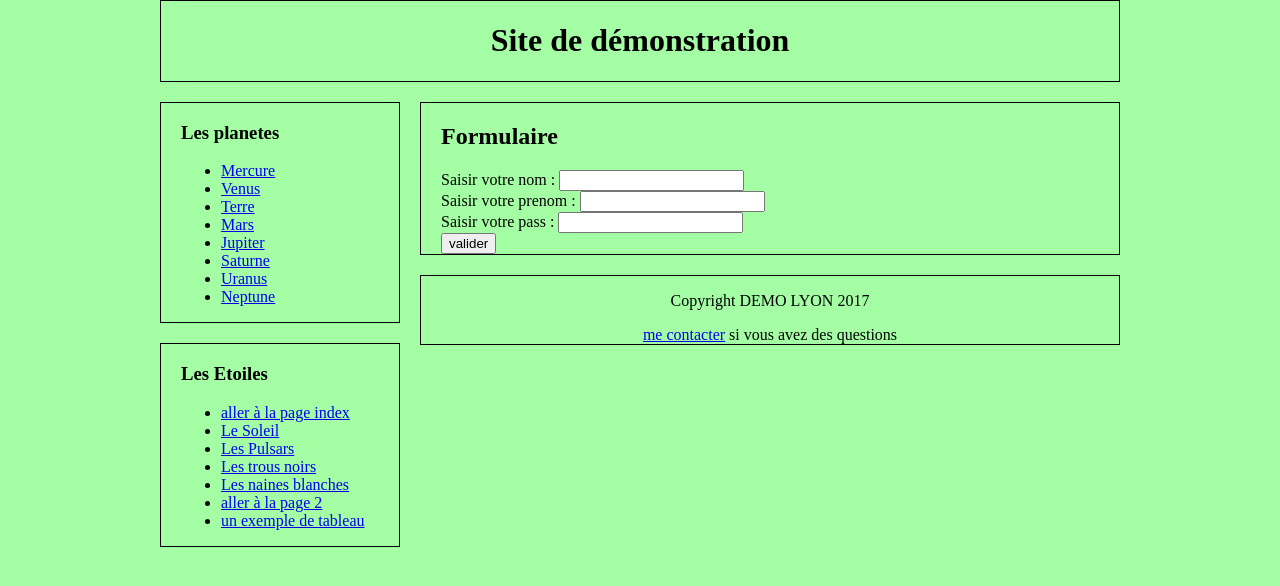
Repository: serviceshuios/-git-reference-java-lyon-worspace
Page: workspaceWeb/ModelePage1/WebContent/formulaire.html
The author's editor kept a copy of each file at every save. The page is drawn from the files as they stood at one save, then again after the next save.
The browser window is 1280 px wide. The pictures show the whole page.

Above is the page before, as saved 2017-04-04 14:33:36.

### workspaceWeb/ModelePage1/WebContent/formulaire.html
<!DOCTYPE html>
<html>
<head>
<meta charset="UTF-8">
<title>modèle 1</title>
<meta name="viewport" content="width=device-width, initial-scale=1.0">
<link rel="stylesheet" href="css/style.css" />
</head>
<body>
	<div id="entete">
		<h1>Site de démonstration</h1>
	</div>
	<div id="nav">
		<div class="block planetes">
			<h3>Les planetes</h3>
			<ul>
				<li><a href="#">Mercure</a></li>
				<li><a href="#">Venus</a></li>
				<li><a href="#">Terre</a></li>
				<li><a href="#">Mars</a></li>
				<li><a href="#">Jupiter</a></li>
				<li><a href="#">Saturne</a></li>
				<li><a href="#">Uranus</a></li>
				<li><a href="#">Neptune</a></li>
			</ul>
		</div>
		<div class="block etoiles">
			<h3>Les Etoiles</h3>
			<ul>
				<li><a href="index.html">aller à la page index</a></li>
				<li><a href="#">Le Soleil</a></li>
				<li><a href="#">Les Pulsars</a></li>
				<li><a href="#">Les trous noirs</a></li>
				<li><a href="#">Les naines blanches</a></li>
				<li><a href="page2.html">aller à la page 2</a></li>
				<li><a href="tableau.html">un exemple de tableau</a></li>
			</ul>
		</div>

	</div>
	<div id="content">
	<div class="block">
		<h2>Formulaire</h2>
		<form method="post" action="#">
			<label for="nom">Saisir votre nom :</label>
			<input type="text" name="nom" id="nom"/><br/>
			<label for="prenom">Saisir votre prenom :</label>
			<input type="text" name="prenom" id="prenom"/><br/>
			<label for="mdp">Saisir votre pass :</label>
			<input type="password" name="mdp" id="mdp"/><br/>
			<input type="submit" value="valider"/>
		</form>

	</div>
	<div class="block footer">
		<p>Copyright DEMO LYON 2017</p>
		<a href="mailto:contact@example.com">me contacter</a> si vous avez des questions
	</div>
	</div>
</body>
</html>

### workspaceWeb/ModelePage1/WebContent/css/style.css
@CHARSET "UTF-8";
/*Si la taille de l'écran est inférieure à 681px*/
td, th {
	border:1px solid black;
	padding:10px;
}
table {
	border-collapse:collapse;
	margin-bottom:10px;
}
@media screen and (max-width:680px) {
	body {
		background-color: #ffd688;
		width:100%;
		margin: 0 auto;
	}
	#entete {
		border: 1px solid black;
		margin-bottom: 20px;
		padding: 0 20 px;
		text-align: center;
	}
	#nav {
		width: 100%;
	}
	#content {
		width: 100%;

	}
	.block {
		border: 1px solid black;
		margin-bottom: 20px;
		padding: 0 20px;
	}
	.footer {
		text-align: center;
	}
}

/*Si la taille de l'écran est comprise entre 681px et 1279px*/
@media screen and (min-width:681px) and (max-width:1279px) {
	body {
		background-color: #0080ff;
		width: 100%;
		margin:0 auto;
	}
	#entete {
		border: 1px solid black;
		margin-bottom: 20px;
		padding: 0 20 px;
		text-align: center;
	}
	#nav {
		width: 100%;
		float: left;
	}
	#content {
		width: 100%;
		float: right;
	}
	.planetes {
		float:left;
		width:45%;
	}
	.etoiles {
		float:right;
		width:45%;
	}
	.block {
		border: 1px solid black;
		margin-bottom: 20px;
		padding: 0 1%;
	}
	.footer {
		text-align: center;
	}
}

/*Si la taille de l'écran est supérieure à 1279px*/
@media screen and (min-width:1280px) {
	body {
		width: 960px;
		margin: 0 auto;
		background-color: #a4ffa4;
	}
	#entete {
		border: 1px solid black;
		margin-bottom: 20px;
		padding: 0 20 px;
		text-align: center;
	}
	#nav {
		width: 240px;
		float: left;
	}
	#content {
		width: 700px;
		float: right;
	}
	.block {
		border: 1px solid black;
		margin-bottom: 20px;
		padding: 0 20px;
	}
	.footer {
		text-align: center;
	}
}

After the next save:
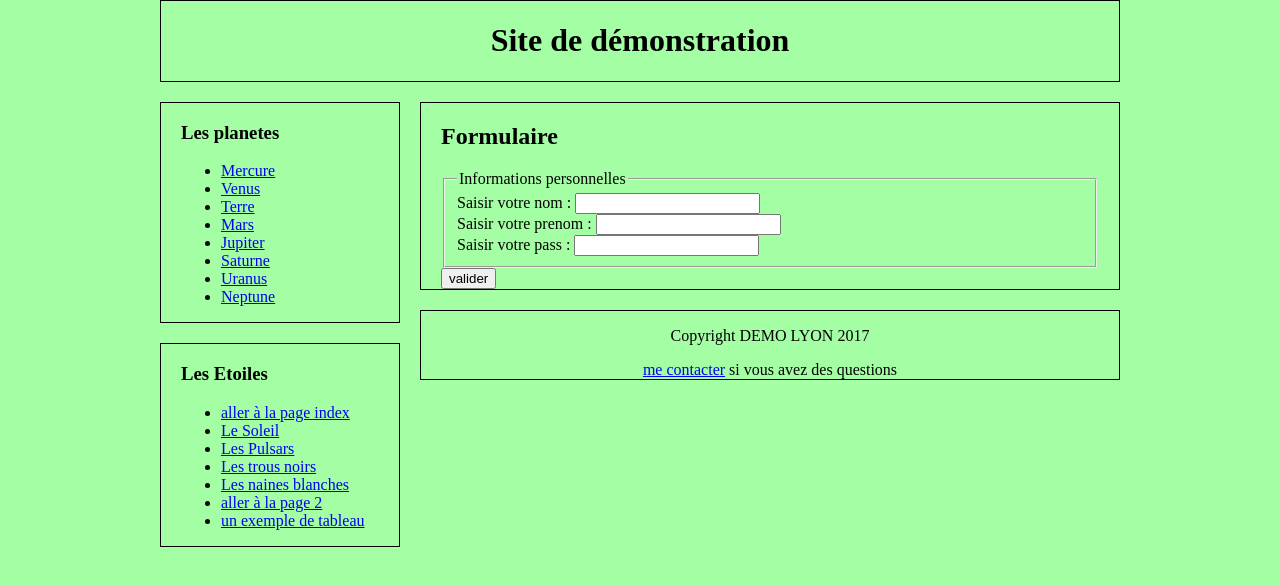
Saved 2 min 56 s later.
--- a/workspaceWeb/ModelePage1/WebContent/formulaire.html
+++ b/workspaceWeb/ModelePage1/WebContent/formulaire.html
@@ -42,12 +42,15 @@
 	<div class="block">
 		<h2>Formulaire</h2>
 		<form method="post" action="#">
-			<label for="nom">Saisir votre nom :</label>
-			<input type="text" name="nom" id="nom"/><br/>
-			<label for="prenom">Saisir votre prenom :</label>
-			<input type="text" name="prenom" id="prenom"/><br/>
-			<label for="mdp">Saisir votre pass :</label>
-			<input type="password" name="mdp" id="mdp"/><br/>
+			<fieldset id="section-1">
+				<legend>Informations personnelles</legend>
+				<label for="nom">Saisir votre nom :</label>
+				<input type="text" name="nom" id="nom"/><br/>
+				<label for="prenom">Saisir votre prenom :</label>
+				<input type="text" name="prenom" id="prenom"/><br/>
+				<label for="mdp">Saisir votre pass :</label>
+				<input type="password" name="mdp" id="mdp"/><br/>
+			</fieldset>
 			<input type="submit" value="valider"/>
 		</form>
 
